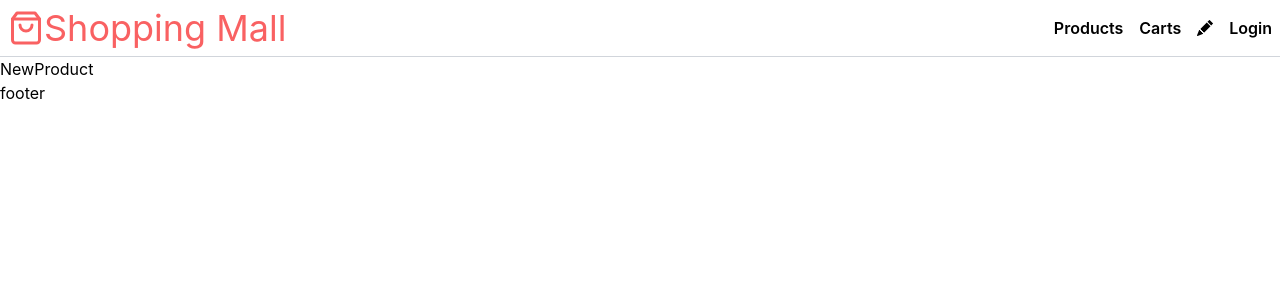
Repository: dnjfht/shopping_mall
Page: /products/new
These files come from the project's save history. The page is drawn as it stood at one moment and after the next save; the edit follows.
The browser window is 1280 px wide. The pictures show the whole page.
The project was rebuilt for these pictures with package versions that can differ from the ones it lists, and the page was loaded fresh each time. Also part of the build but not shown: src/App.css, src/pages/Home.jsx, src/pages/AllProducts.jsx, src/pages/ProductDetail.jsx, src/pages/NotFound.jsx, src/pages/MyCart.jsx.

Above is the page before, as saved 2023-03-05 20:57:47.

After the next save:
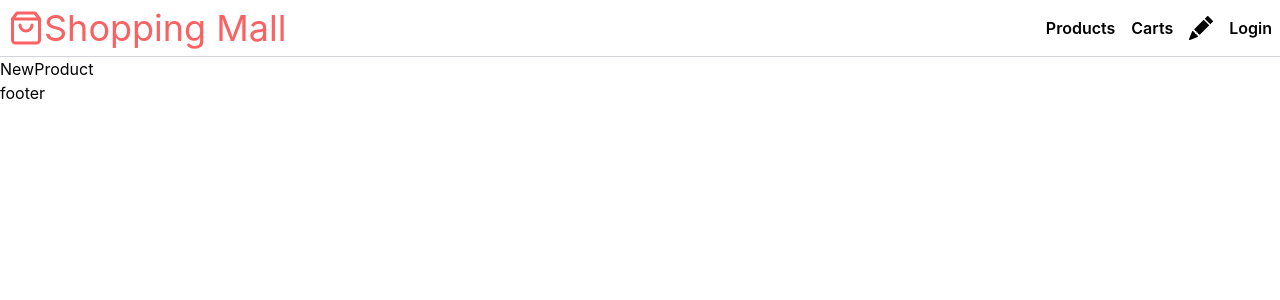
Saved 26 s later.
--- a/src/components/Header.jsx
+++ b/src/components/Header.jsx
@@ -13,7 +13,7 @@ export default function Header() {
       <nav className="flex items-center gap-4 font-semibold">
         <Link to="/products">Products</Link>
         <Link to="/carts">Carts</Link>
-        <Link to="/products/new">
+        <Link to="/products/new" className="text-2xl">
           <BsFillPencilFill />
         </Link>
         <button>Login</button>
